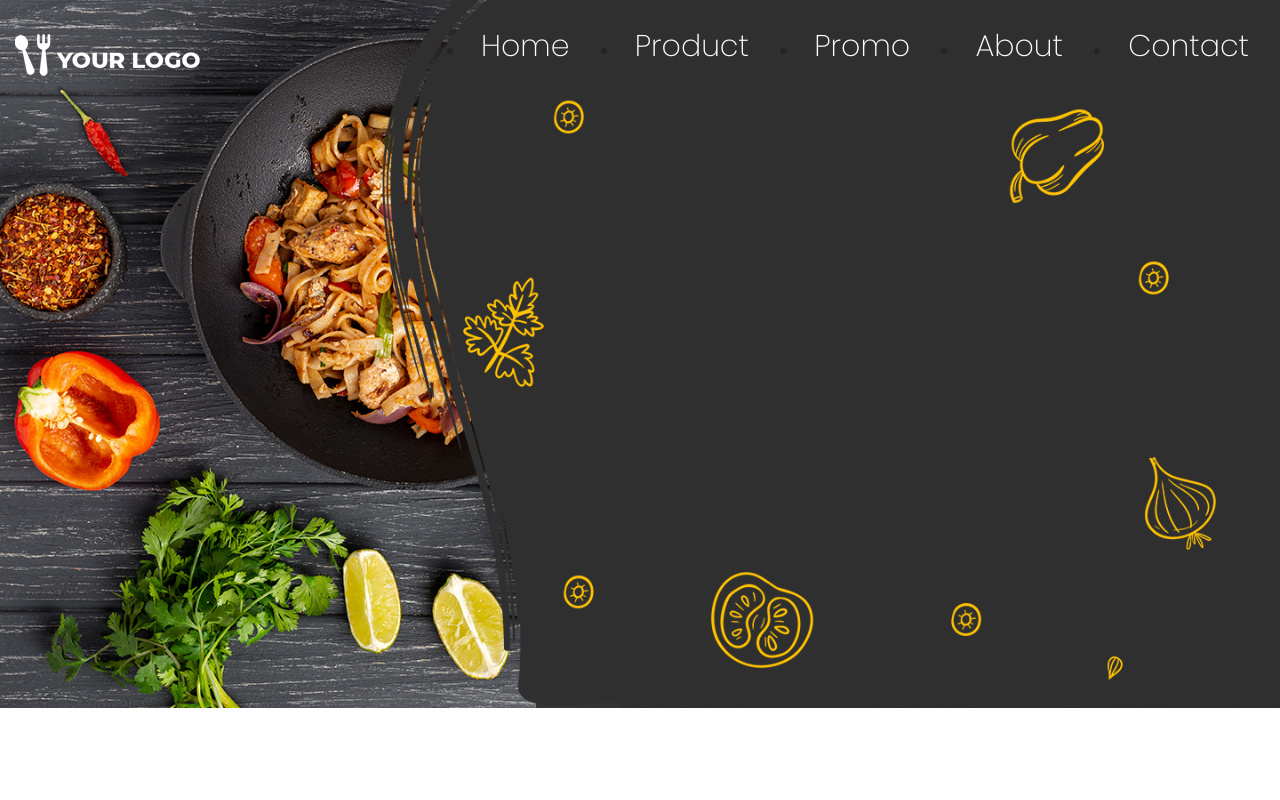
Repository: iphoneboy46/templateRestaurent
Page: index.html
The author's editor kept a copy of each file at every save. The page is drawn from the files as they stood at one save, then again after the next save.
The browser window is 1280 px wide. The pictures show the whole page.

Above is the page before, as saved 2022-10-12 14:29:16.

After the next save:
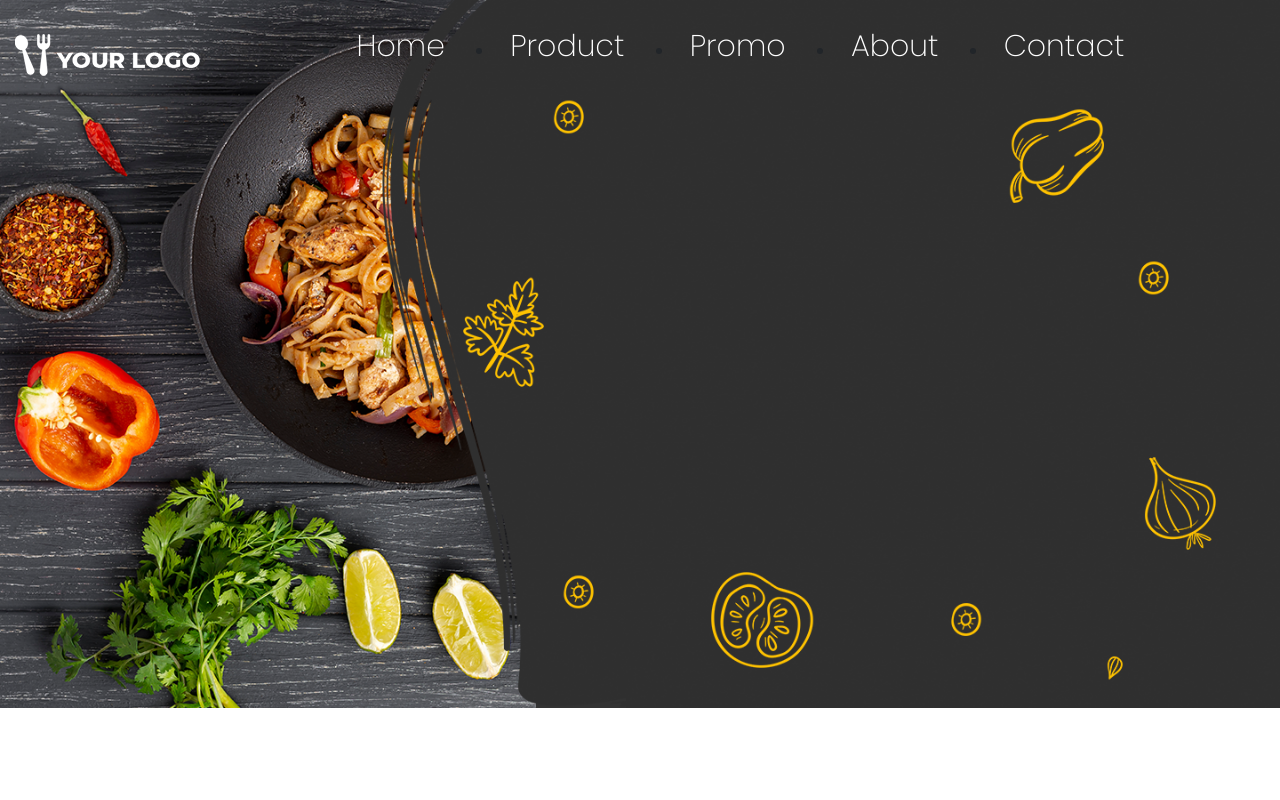
Saved 42 s later.
--- a/index.html
+++ b/index.html
@@ -46,6 +46,9 @@
                     <a class="nav-link text-white" href="#">Contact</a>
                 </li>
             </ul>
+            <div class="item--search">
+
+            </div>
         </nav>
     </header>
 </body>
